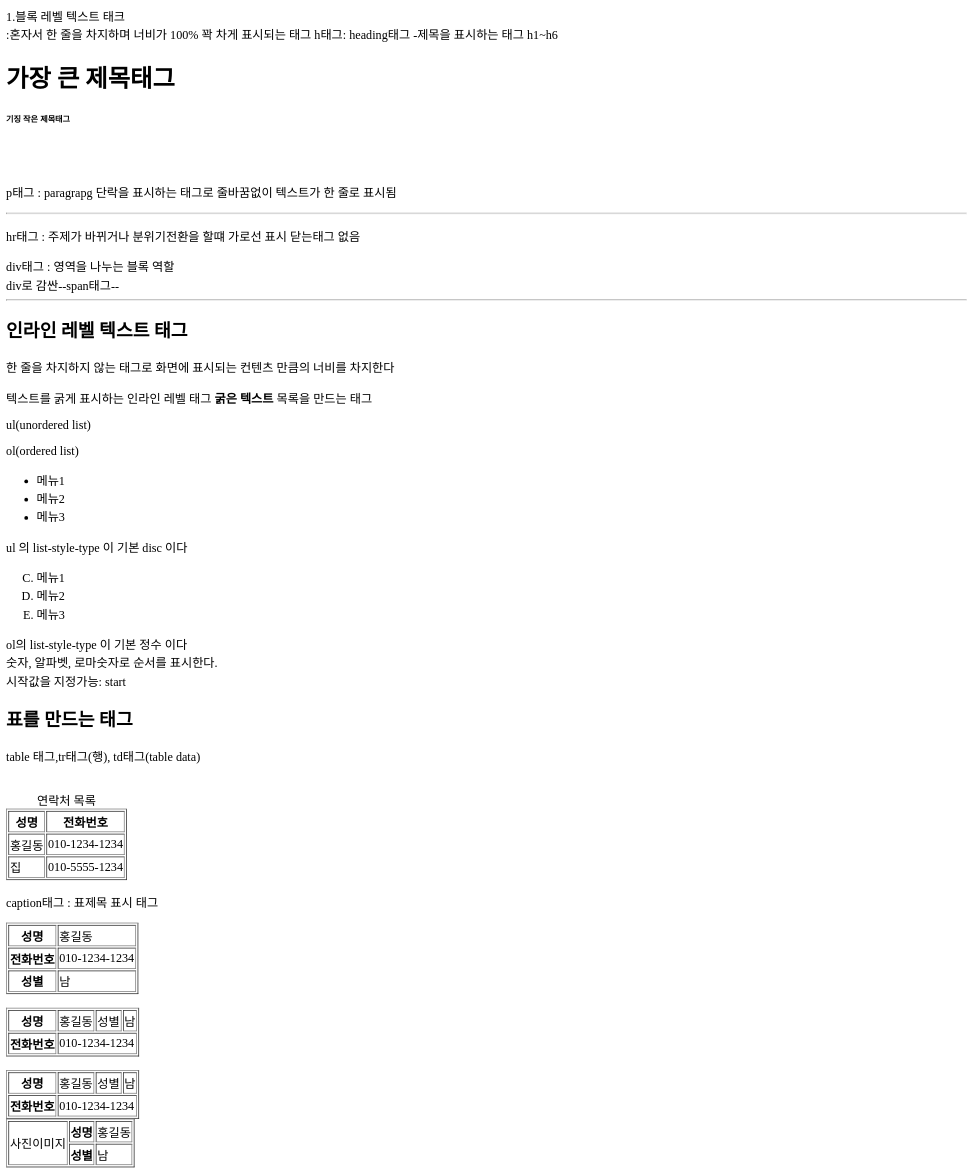
Repository: hana825/Web
Page: web/WebContent/index.html
The author's editor kept a copy of each file at every save. The page is drawn from the files as they stood at one save, then again after the next save.
The browser window is 1280 px wide. The pictures show the whole page, at 76% of full size.

Above is the page before, as saved 2022-03-17 06:26:52.

After the next save:
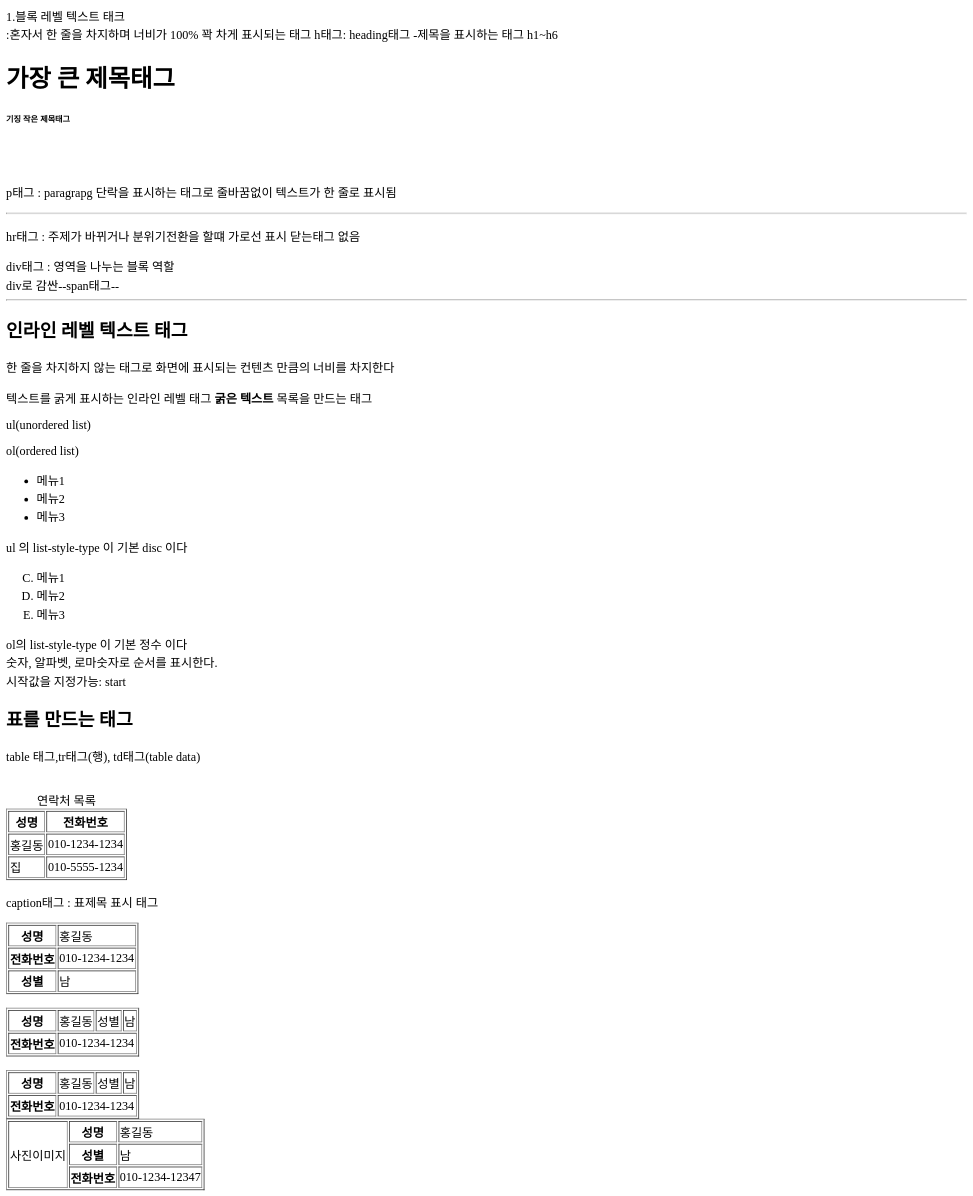
Saved 32 s later.
--- a/web/WebContent/index.html
+++ b/web/WebContent/index.html
@@ -115,6 +115,10 @@ div태그 : 영역을 나누는 블록 역할
 		<th>성별</th>
 		<td>남</td>
 	</tr>
+		<tr>
+		<th>전화번호</th>
+		<td>010-1234-12347</td>
+	</tr>
 
 </table>
 
